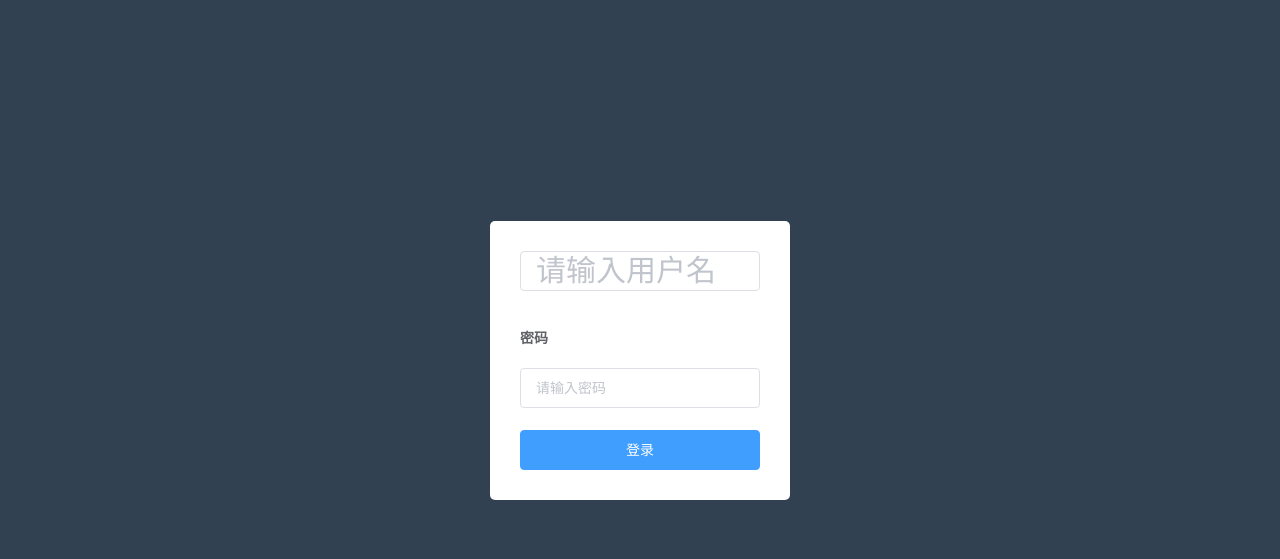
Repository: coWhy/blog-admin
Page: /#/login
An editor plug-in stored every save of this project. The page is shown before and after the next save, followed by the edit.
The browser window is 1280 px wide. The pictures show the whole page.
The page's requests for data from a server got no answer. The project was rebuilt for these pictures with package versions that can differ from the ones it lists, and the page was loaded fresh each time. No one was signed in, and anything a server would have sent is missing. Also part of the build but not shown: vue.config.js.

Above is the page before, as saved 2020-04-27 04:00:41.

After the next save:
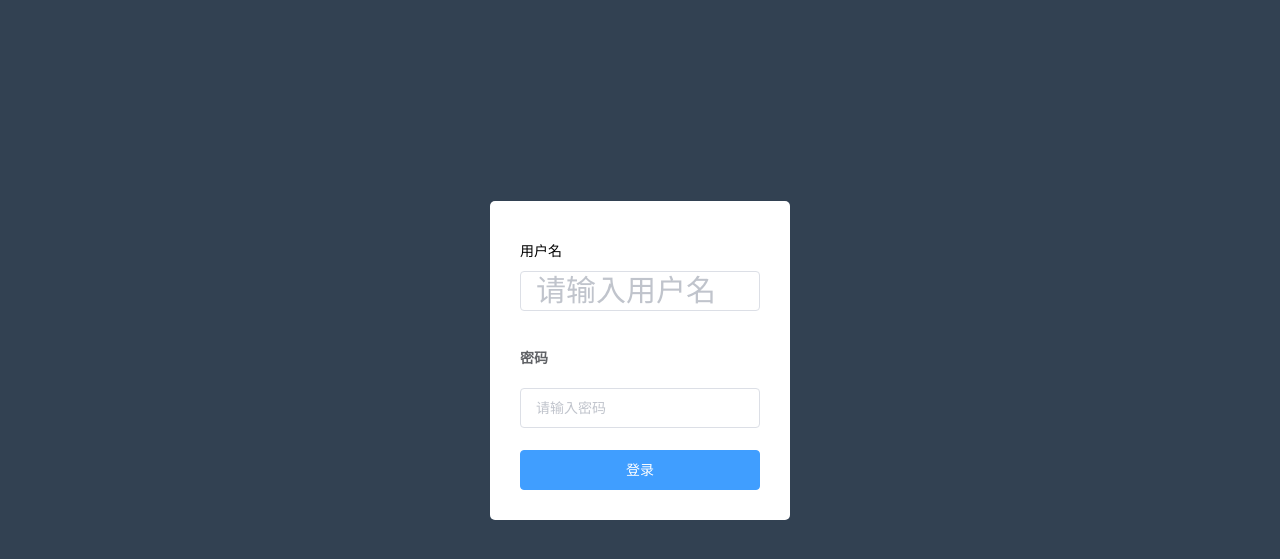
Saved 14 s later.
--- a/src/views/login/index.vue
+++ b/src/views/login/index.vue
@@ -7,6 +7,7 @@
       label-width="80px"
     >
       <el-form-item>
+        <span>用户名</span>
         <el-input
           v-model="form.username"
           placeholder="请输入用户名"
